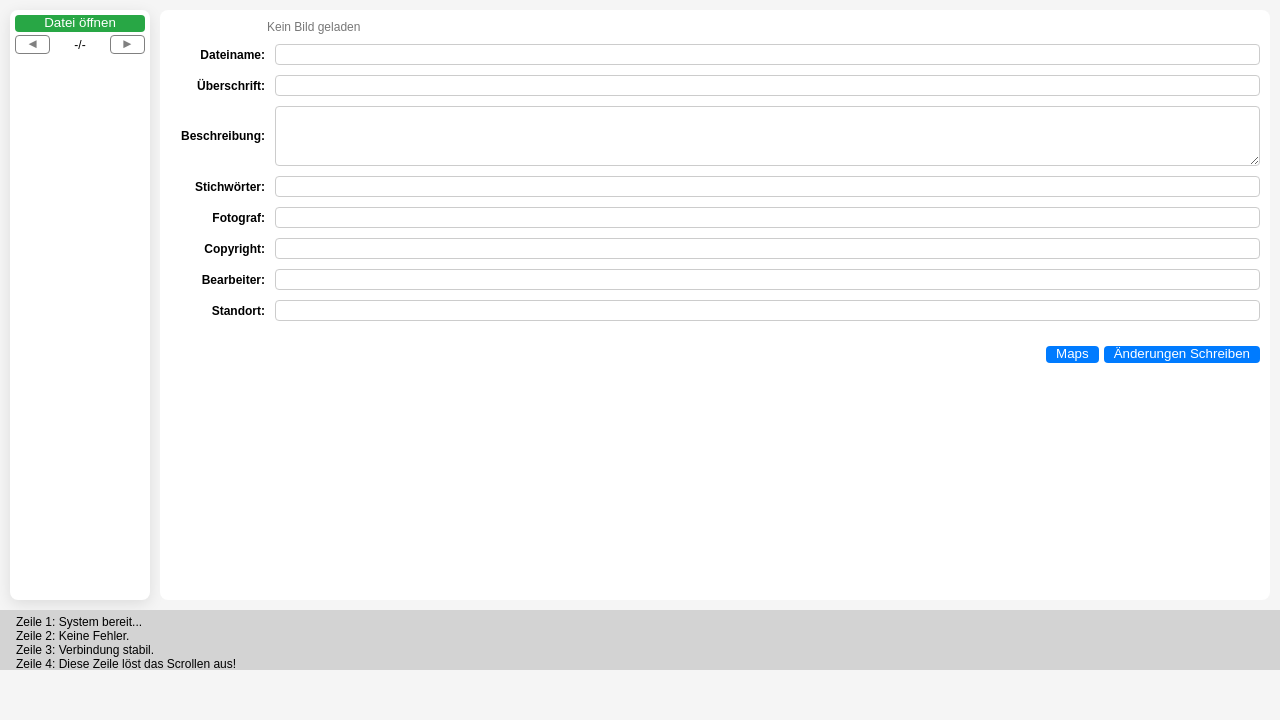
Repository: h-fahle/metadata
Page: ui/index.html
The author's editor kept a copy of each file at every save. The page is drawn from the files as they stood at one save, then again after the next save.
The browser window is 1280 px wide. The pictures show the whole page.

Above is the page before, as saved 2026-08-19 15:40:43.

### ui/index.html
<!DOCTYPE html>
<html lang="de">

<head>
	<meta charset="UTF-8">
	<title>Tauri ExifTool Test</title>
	<script src="script.js" defer></script>
	<link rel="stylesheet" href="style.css">
</head>

<body>

	<main id="main-container">

		<!-- Das Vorschaubild links -->
		<aside id="sidebar">

			<button id="file-open" onclick="dateiAuswählen()">Datei öffnen</button>

			<div id="nav">
				<button class="blaettern" onclick="blaettern(-1)">◄</button>
				<span id="img-nummer">-/-</span>
				<button  class="blaettern" onclick="blaettern(1)">►</button>
			</div>

<!-- 		<select id="menue-oeffnen" onchange="menueAktion(this)" >
				<option value="dateien">🖼️ Bilder öffnen...</option>
				<option value="ordner">📁 Ordner öffnen...</option>
			</select>
 -->
			<img id="vorschau-bild" src="" style="display:none;" />
			<div id="bild-info" style="text-align:center;">
				<span id="img-datum"></span><br>
				<span id="img-groesse"></span>
			</div>
		</aside>

		<!-- Das Formular rechts -->
		<section id="form-container">

			<div id="ordner-pfad">Kein Bild geladen</div>

			<div class="form-row tooltip" data-tooltip=
"Im Einzelmodus: Änderung des Dateinamens bewirkt
   Umbenennung der Datei.
Im Stapelmodus: Ordnername is nicht änderbar.!">
				<label for="filename">Dateiname:</label>
				<input type="text" id="filename" name="filename"/>
			</div>

			<div class="form-row tooltip" data-tooltip=
"Auch: (Dokument-)Titel, Schlagzeile, Headline">
				<label for="caption">Überschrift:</label>
				<input type="text" id="caption" name="caption"/>
			</div>

			<div class="form-row tooltip" data-tooltip=
"Beschreibender Text in beliebiger Länge.
(Im Stapelmodus wird der eingegebene Text
   an vorhandenen angehängt.)
Hinweis: Einige Programme zeigen nur 2.000 Zeichen
   oder auch weniger an.">
				<label for="description">Beschreibung:</label>
				<textarea id="description" name="description" style="min-height: 60px;"></textarea>
			</div>

			<div class="form-row tooltip" data-tooltip=
"Komma-separierte Liste. Groß-/Kleinschreibung beachten.
Im Stapelmodus werden die eingegebenen Stichwörter
   an vorhandene angehängt.">
				<label for="keywords">Stichwörter:</label>
				<input type="text" id="keywords" name="keywords"/>
			</div>

			<div class="form-row tooltip" data-tooltip=
"Urheber, Ersteller, Autor
(Tags: Artitst, Creator, By-line)">
				<label for="creator">Fotograf:</label>
				<input type="text" id="creator" name="creator"/>
			</div>

			<div class="form-row tooltip" data-tooltip=
"Urheberrechtshinweis; enthält in der Regel:
Name des Fotografen, Aufnahmejahr und Nutzungsrechte;
(z.B. 'Copyright [1975] [Mustermann], Alle Rechte vorbehalten')">
				<label for="copyright">Copyright:</label>
				<input type="text" id="copyright" name="copyright"/>
			</div>

			<div class="form-row tooltip" data-tooltip=
"Verfasser der Metadaten
(Tags: Caption Writer, Writer Editor)">
				<label for="editor">Bearbeiter:</label>
				<input type="text" id="editor" name="editor"/>
			</div>

			<div class="form-row tooltip" data-tooltip=
"GPS-Koordinaten in Dezimalgrad (51.49129, 8.43317).
Ermitteln der Koordinaten in der Google Maps-Karte:
  1. mit rechter Maustaste auf den Standort klicken,
  2. auf die angezeigten Koordinaten klicken,
  3. der so gespeicherte Wert kann dann mit Strg+V
     kopiert werden.">
				<label for="position">Standort:</label>
				<input type="text" id="position" name="position"/>
			</div>

			<!-- Button-Leiste -->
			<div class="button-group" style="text-align: right; margin-top: 15px;">
				<button type="button" onclick="zeigeMaps(event)" style="background: #007BFF;">Maps</button>
				<button type="button" onclick="exifSchreiben(event)" style="background: #007BFF;">Änderungen Schreiben</button>
			</div>

		</section>  <!-- Ende der form-containers-->
	</main> <!-- Ende des main-containers -->

	<footer id="statusleiste">
		<div id="status-text">
			Zeile 1: System bereit...<br>
			Zeile 2: Keine Fehler.<br>
			Zeile 3: Verbindung stabil.<br>
			Zeile 4: Diese Zeile löst das Scrollen aus!
		</div>
	</footer>


</body>

</html>

### ui/script.js
let aktuellerBildPfad = "";
let bilderListe = [];
let aktuellerIndex = -1;
let status = document.getElementById('statusleiste');

// Der Observer merkt jede Höhenänderung der Statusleiste
const resizeObserver = new ResizeObserver(entries => {
  for (let entry of entries) {
    // Die echte, aktuelle Höhe auslesen
    const hoehe = entry.contentRect.height;
    // Den Abstand des Bodys dynamisch anpassen
    document.body.style.paddingBottom = hoehe + 'px';
  }
});
// Beobachtung starten
resizeObserver.observe(statusleiste);


function zeigeStatus(nachricht) {
    status.innerText = nachricht;
}

async function dateiAuswählen() {
    try {
        const ergebnis = await window.__TAURI__.core.invoke('plugin:dialog|open', {
            options: {
                title: 'Bilddatei für ExifTool auswählen',
                directory: false,
                multiple: false,
                filters: [
                    { name: 'Bilder', extensions: ['jpg', 'jpeg', 'png', 'gif', 'tif', 'tiff', 'webp', 'avif', 'heic', 'heif'] }
                ]
            }
        });

        if (ergebnis) {
            const pfad = typeof ergebnis === 'object' ? ergebnis.path : ergebnis;
            aktuellerBildPfad = pfad;

            // Bilderliste des Ordners auslesen
            await ladeOrdnerBilder(pfad);

            // Metadaten für das aktuelle Bild einlesen
            exifAuslesen();
        }
    } catch (fehler) {
        zeigeStatus("Dialog-Fehler: " + fehler);
    }
}

async function ladeOrdnerBilder(pfad) {
    try {
        bilderListe = await window.__TAURI__.core.invoke('hole_ordner_bilder', { dateipfad: pfad });
        // Finde den Index des aktuell geöffneten Bildes
        aktuellerIndex = bilderListe.indexOf(pfad);
    } catch (fehler) {
        console.error("Fehler beim Laden des Ordnerinhalts:", fehler);
        ausgabe.innerHTML = "<span style='color: red;'>Fehler beim Laden des Ordnerinhalts: " + fehler + "</span>";
        bilderListe = [pfad];
        aktuellerIndex = 0;
    }
}

function blaettern(richtung) {
    if (bilderListe.length === 0) return;

    aktuellerIndex += richtung;

    // Begrenzungen einhalten
    if (aktuellerIndex < 0) {
        aktuellerIndex = 0;
        return;
    }
    if (aktuellerIndex >= bilderListe.length) {
        aktuellerIndex = bilderListe.length - 1;
        return;
    }

    aktuellerBildPfad = bilderListe[aktuellerIndex];
    exifAuslesen();
}

async function exifAuslesen() {
    const pfad = aktuellerBildPfad;
    const vorschauImg = document.getElementById("vorschau-bild");

    zeigeStatus("Rufe ExifTool auf...");

    try {
        // 1. Metadaten über Rust holen
        const jsonText = await window.__TAURI__.core.invoke('lese_bild_metdaten', { dateipfad: pfad });
        const datenObjekt = JSON.parse(jsonText)[0]; 	// Das 1. JSON-Objekt im JSON-Array in JS-Objekt umwandeln

        if (bilderListe.length > 0) {
            document.getElementById('img-nummer').innerText = `${aktuellerIndex + 1}/${bilderListe.length}`;
        } else {
            document.getElementById('img-nummer').innerText = '0/0';
        }

        let aufnahmeDatum = datenObjekt.DateTimeOriginal;
        if (typeof aufnahmeDatum === 'undefined') aufnahmeDatum = '---';

        document.getElementById('img-datum').innerText = '\u{1F4F7} ' + aufnahmeDatum || '';
        document.getElementById('img-groesse').innerText = '⤢ ' + datenObjekt.ImageSize || '';

        document.getElementById('filename').value = datenObjekt.FileName || '';
        document.getElementById('caption').value = datenObjekt.CMB_Caption || '';
        document.getElementById('description').value = datenObjekt.Description || '';
        document.getElementById('keywords').value = datenObjekt.Keywords || '';
        document.getElementById('creator').value = datenObjekt.Creator || '';
        document.getElementById('copyright').value = datenObjekt.Copyright || '';
        document.getElementById('editor').value = datenObjekt.CMB_Editor || '';
        document.getElementById('position').value = datenObjekt.GPSPosition || '';

        const vollerPfad = pfad;
        // Erkennt automatisch Linux-Schrägstriche (/) und Windows-Backslashes (\)
        const letzterSlash = Math.max(vollerPfad.lastIndexOf('/'), vollerPfad.lastIndexOf('\\'));
        let ordner = "Unbekannt";
        if (letzterSlash !== -1) {
            ordner = vollerPfad.substring(0, letzterSlash);
        }
        // Den berechneten Ordnerpfad in das neue Label schreiben
        document.getElementById('ordner-pfad').innerText = ordner;

        // Wir nehmen das erste Element der Liste (ExifTool liefert immer ein Array)
        zeigeStatus(jsonText);

        // Wir fragen Rust nach dem besten Weg für das Bild
        const vorschauErgebnis = await window.__TAURI__.core.invoke('hole_vorschaubild', { dateipfad: pfad });

        if (vorschauErgebnis === "STANDARD") {
            // Normales JPG/PNG über das Asset-Protokoll
            const assetUrl = window.__TAURI__.core.convertFileSrc(pfad);
            vorschauImg.src = assetUrl + "?t=" + new Date().getTime();
        } else if (vorschauErgebnis.startsWith("data:[embedded picture, 23 characters]")) {
            // TIF/TIFF über den im RAM kompilierten Rust-Wandler
            vorschauImg.src = vorschauErgebnis;
        }

        vorschauImg.style.display = "block";

    } catch (fehler) {
        zeigeStatus("Fehler: " + fehler);
        vorschauImg.style.display = "none";
    }
}

async function zeigeMaps(event) {
    event.preventDefault()
    let gps = document.getElementById('position').value;

    try {
        // Ruft direkt unsere eigene, sichere Rust-Funktion auf
        await window.__TAURI__.core.invoke('oeffne_maps_browser', {
            gpsString: gps
        });
    } catch (fehler) {
        console.error("Fehler:", fehler);
        ausgabe.innerHTML = "<span style='color: red;'>Fehler bei öffnen Maps: " + fehler + "</span>";
    }
}

async function exifSchreiben(ereignis) {
    if (ereignis) ereignis.preventDefault();  // verbietet dem Browser den automatischen Seiten-Reset!

    const pfad = aktuellerBildPfad;

    zeigeStatus("Speichere Daten über ExifTool...");

    // Wir sammeln alle aktuellen Werte aus den Eingabefeldern ein
    const daten = {
        dateipfad: pfad,
        filename: document.getElementById('filename').value,
        caption: document.getElementById('caption').value,
        description: document.getElementById('description').value,
        keywords: document.getElementById('keywords').value.split(',').map(s => s.trim()).join(', '),
        creator: document.getElementById('creator').value,
        copyright: document.getElementById('copyright').value,
        editor: document.getElementById('editor').value,
        gps: document.getElementById('position').value
    };

    try {
        // Wir schicken das gesamte Paket an die Rust-Funktion 'schreibe_bild_metdaten'
        const antwort = await window.__TAURI__.core.invoke('schreibe_bild_metdaten', daten);

        // Bei Erfolg zeigen wir die Meldung in grüner Schrift an
        zeigeStatus(antwort);

        // 2. Da der Pfad dank preventDefault() jetzt bombenfest im Feld stehen bleibt,
        // funktioniert das Neuladen nun augenblicklich und fehlerfrei!
        await exifAuslesen();

    } catch (fehler) {
        // Falls etwas schiefgeht (z.B. Datei schreibgeschützt), zeigen wir den Fehler an
        zeigeStatus("Fehler: " + fehler);
    }
}

### ui/style.css
/* 1. Das App-Fenster exakt auf 100% fixieren (kein äußeres Scrollen) */
html, body {
	margin: 0;
	padding: 0;
	height: 100vh;
	width: 100vw;
	overflow: hidden; /* Verhindert jegliche äußere Scrollbalken */
	background: #f5f5f5;
	font-family: sans-serif;
	font-size: 12px;
	display: flex;
	flex-direction: column; /* Hauptinhalt oben, Statusleiste unten */
}

/* Allumfassender Box-Sizing-Fix für die gesamte App */
*, *::before, *::after {
	box-sizing: border-box;
}

/* 2. Der Hauptbereich füllt den gesamten oberen Platz aus */
#main-container {
	flex: 1;
	display: flex;
	flex-direction: row; /* Elemente nebeneinander */
	gap: 10px;
	padding: 10px;
	overflow: hidden; /* Verhindert, dass Riesen-Inhalte das Fenster sprengen */
}

/* 3. LINKS: Die Sidebar mit fester Breite */
#sidebar {
	width: 140px;
	min-width: 140px; /* Lässt die Sidebar niemals schrumpfen */
	background-color: #ffffff;
	border-radius: 8px;
	padding: 5px;
	box-shadow: 0 4px 15px rgba(0, 0, 0, 0.1);
}

/* 4. RECHTS: Das Formular nimmt den gesamten Rest ein und wächst mit */
#form-container {
	flex: 1; /* Nimmt 100% des restlichen Platzes ein */
	min-width: 0; /* Erlaubt Flexbox, die Box bei Bedarf zu verkleinern */
	background-color: #ffffff;
	border-radius: 8px;
	padding: 10px;
	display: flex;
	flex-direction: column;
	gap: 10px;
}

/* Jede Zeile wird zu einer horizontalen Flexbox */
.form-row {
	display: flex !important;
	flex-direction: row;
	align-items: center; /* Richtet Label und Input vertikal mittig zueinander aus */
	gap: 10px;           /* Abstand zwischen Label und Input */
	width: 100%;
}

/* Die Labels bekommen eine feste Breite, damit alle Inputs sauber untereinander starten */
.form-row label {
	width: 95px;         /* Breite je nach längstem Label-Text anpassen */
	min-width: 95px;     /* Verhindert, dass das Label zusammengedrückt wird */
	text-align: right;   /* Optional: Richtet den Text rechtsbündig zum Input aus */
	font-weight: bold;
}

/* Die Eingabefelder füllen jetzt den gesamten restlichen Platz der Zeile aus */
.form-row input,
.form-row textarea {
	flex: 1;             /* Zwingt das Input-Feld, den Rest der Zeile einzunehmen */
	width: 100%;
	min-width: 0;        /* Erlaubt dem Input, bei sehr kleinen Fenstern stabil zu schrumpfen */
	padding: 8px;
	border: 1px solid #ccc;
	border-radius: 4px;
	padding: 2px;
	-webkit-font-smoothing: antialiased;
}


/* 5. UNTEN: Die Statusleiste mit fixer Höhe und eigenem Scrollbalken */
#statusleiste {
	height: 60px; /* Feste Höhe für ca. 3 Zeilen Text */
	min-height: 60px;
	background-color: lightgray;
	color: black;
	padding: 5px 16px;
	overflow-y: auto; /* Vertikaler Scrollbalken erscheint NUR bei Bedarf */
	overflow-x: hidden; /* Verhindert horizontales Scrollen in der Statusleiste */
	-webkit-font-smoothing: antialiased
}




div#nav {
	width: 130px;
	display: flex;
	justify-content: space-between;
	align-items: center;
	margin-bottom: 10px;
}

#vorschau-bild {
	width: 130px;
	height: auto;
	border: 1px outset gray;
}


/* Container des Formulars ----------------------------------------- */
#mein-formular-container {
	flex-grow: 1;
	margin: 0;
	padding: 5px 10px;
	background-color: #ffffff;
	border-radius: 8px;
	box-shadow: 0 4px 15px rgba(0, 0, 0, 0.1);
	font-family: Arial, sans-serif;
}

#mein-formular-container div {
	display: flex;
	align-items: center;
	margin: 6px 0;
	/* Geringer Zeilenabstand */
	width: 100%;
	margin-top: 5px;
	/* Kleiner Abstand nach oben */
	margin-bottom: 5px;
	/* Kleiner Abstand nach unten */
}

#ordner-pfad {
	margin-left: 97px !important;
	color: #777777;
}


/* Bedien-Elemente -------------------------------------------- */
button {
	padding: 0px 10px 2px 10px;
	cursor: pointer;
	background: #28a745;
	color: white;
	border: none;
	border-radius: 4px;
}

button#file-open {
	width: 130px;
	margin-bottom: 3px;
}

button.blaettern {
	border: 1px solid gray;
	color: gray;
	background-color: white;
}

/* Der Absendeknopf richtet sich nach den Eingabefeldern aus */
.button-group {
	display: flex;
	justify-content: flex-end;
}

.button-group button {
	margin-left: 5px;
}

select {
	-moz-appearance: none;
	-webkit-appearance: none;
	appearance: none;
	border: none;
	border-radius: 4px;
	background: #28a745;
	color: white;
	width: 120px;
}


/* Formular-Elemente ---------------------------------------------------------- */


.tooltip {
	position: relative;
	display: block;
	/* margin-bottom: 15px; */
	/* Wichtig: Standard-Ebene für alle Zeilen */
	z-index: 1;
}

.tooltip:focus-within {
	z-index: 10;
}

/* Wenn die Maus drüber ist oder getippt wird, MUSS diese Zeile über allen anderen liegen */
.tooltip:hover,
.tooltip:has(input:focus) {
	z-index: 9999 !important;
}

.tooltip:hover {
	z-index: 99999 !important;
}

/* Der Tooltip selbst */
.tooltip:hover::after {
	content: attr(data-tooltip);
	position: absolute;

	/* Vertikale Positionierung (unten) */
	top: 50%;
	margin-top: 8px;
	bottom: auto;

	/* Horizontale Positionierung (an deiner Label-Breite) */
	left: 105px;
	/* Hier wieder deine Label-Breite eintragen */
	right: auto;
	transform: none;

	/* Styling & Farben */
	background-color: #333333;
	color: #ffffff;
	padding: 2px 4px;
	background-color: lightyellow;
	color: black;
	border: 1px solid gray;
	border-radius: 4px;
	font-size: 11px;
	line-height: 1.4;

	/* Dynamische Breite */
	white-space: pre;
	width: max-content;

	/* DIE RETTUNG FÜR DEN Z-INDEX: */
	z-index: 100000;
	pointer-events: none;
	/* Verhindert, dass der Tooltip Maus-Klicks oder Hovers abfängt */
}

After the next save:
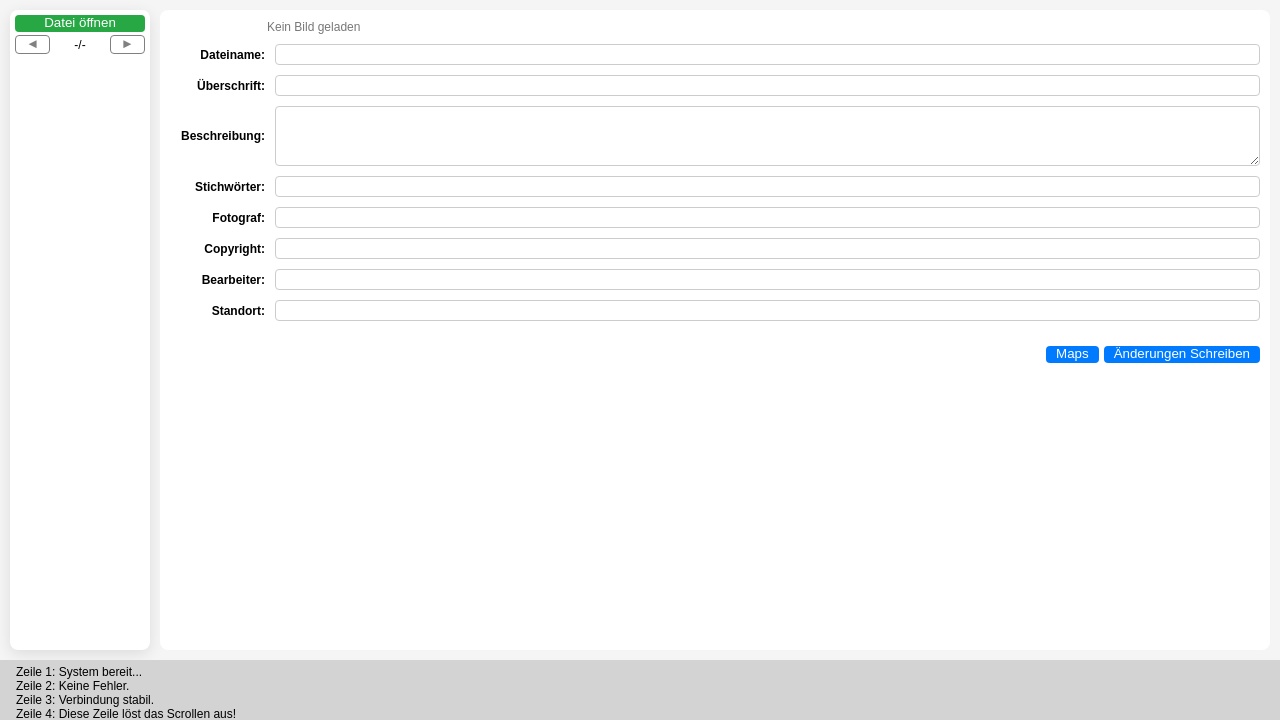
Saved 61 min 44 s later.
--- a/ui/script.js
+++ b/ui/script.js
@@ -13,7 +13,7 @@ const resizeObserver = new ResizeObserver(entries => {
   }
 });
 // Beobachtung starten
-resizeObserver.observe(statusleiste);
+// resizeObserver.observe(statusleiste);
 
 
 function zeigeStatus(nachricht) {
